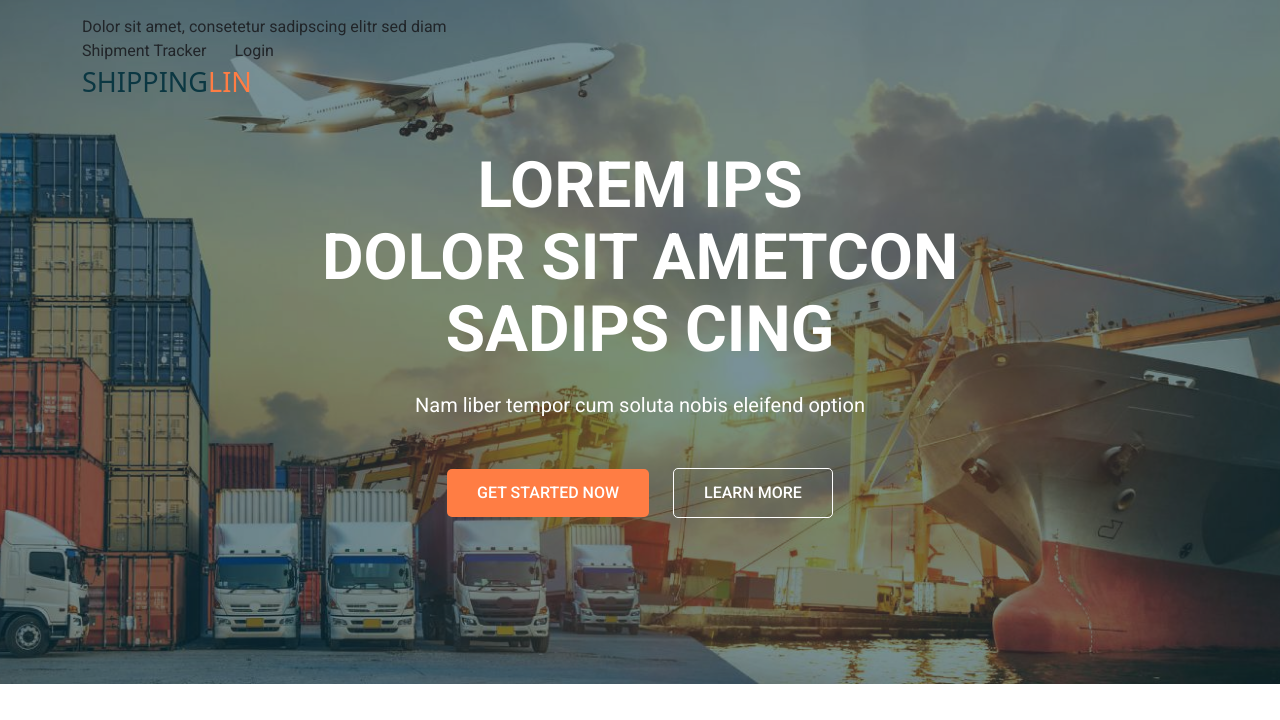
Repository: nazmulalok/shipping-template
Page: index.html
An editor plug-in stored every save of this project. The page is shown before and after the next save, followed by the edit.
The browser window is 1280 px wide. The pictures show the whole page.

Above is the page before, as saved 2022-10-03 13:31:34.

After the next save:
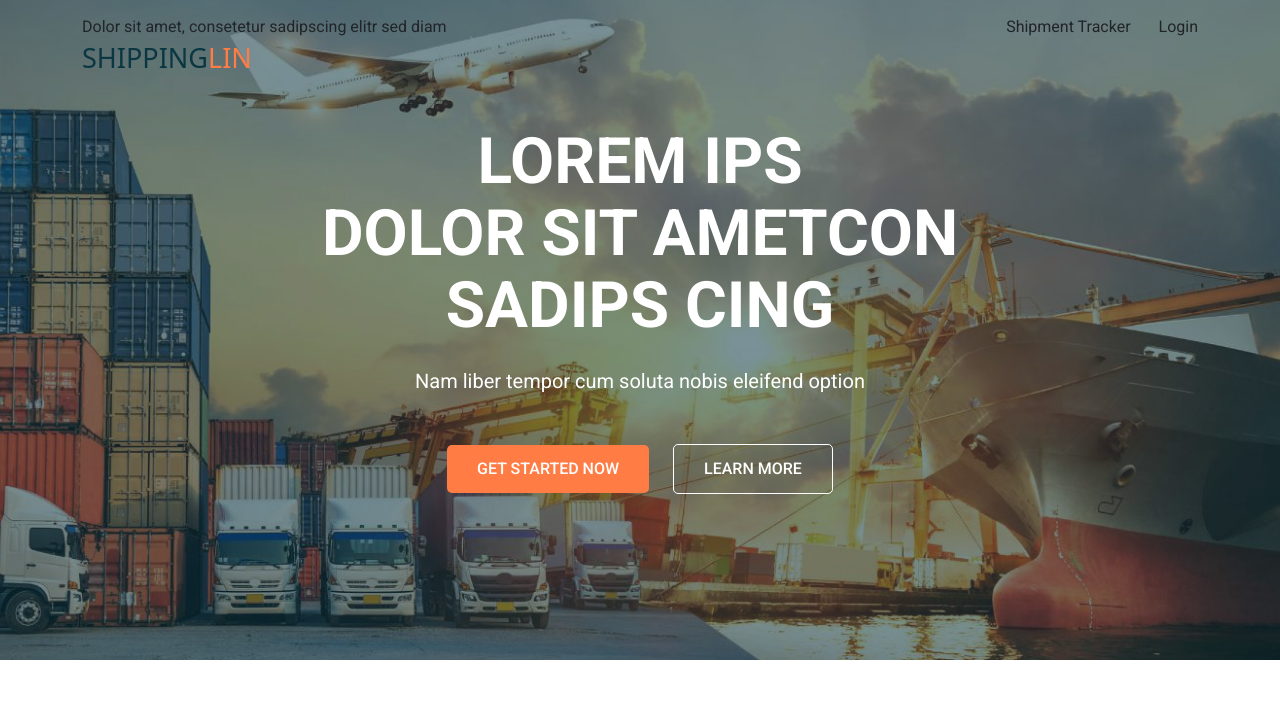
Saved 79 s later.
--- a/style.css
+++ b/style.css
@@ -99,3 +99,9 @@ a.common-btn.outline-btn:hover {
     position: relative;
     padding: 15px 0px;
 }
+
+.top-bar {
+    display: flex;
+    justify-content: space-between;
+    align-items: center;
+}
